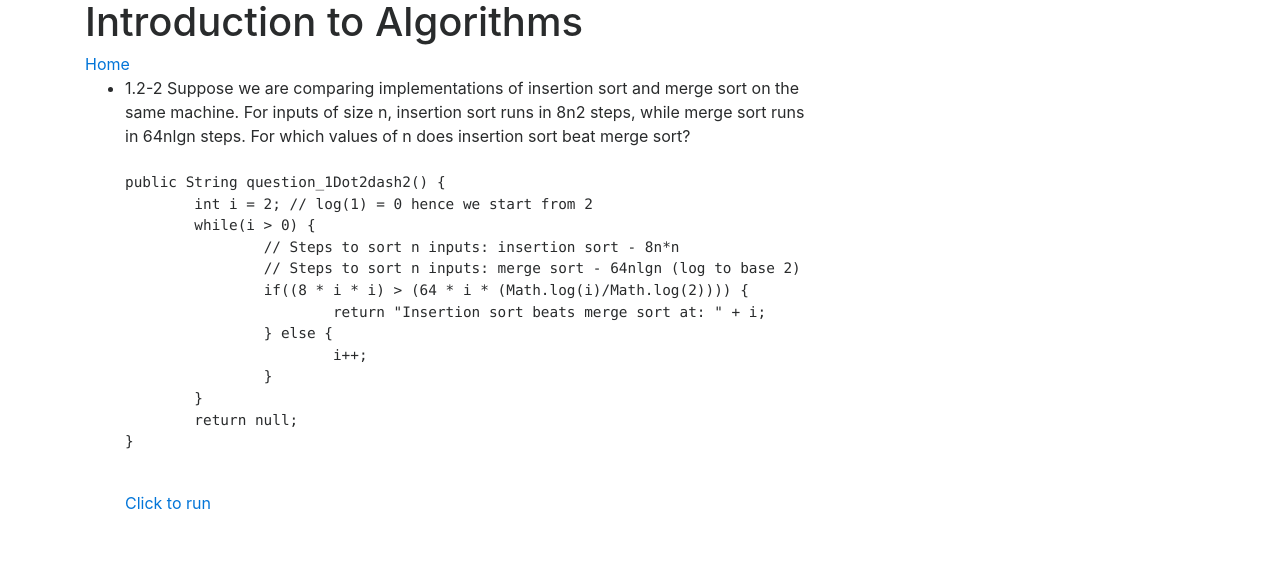
Repository: baltejas/algorithms
Page: http://localhost/algorithms/WEB-INF/views/index.jsp
The author's editor kept a copy of each file at every save. The page is drawn from the files as they stood at one save, then again after the next save.
The browser window is 1280 px wide. The pictures show the whole page.
The page is served by Tomcat 9. Nobody is signed in. The template is opened directly, without the code that normally fills it, so the values that code supplies are empty.

Above is the page before, as saved 2017-05-06 18:59:12.

After the next save:
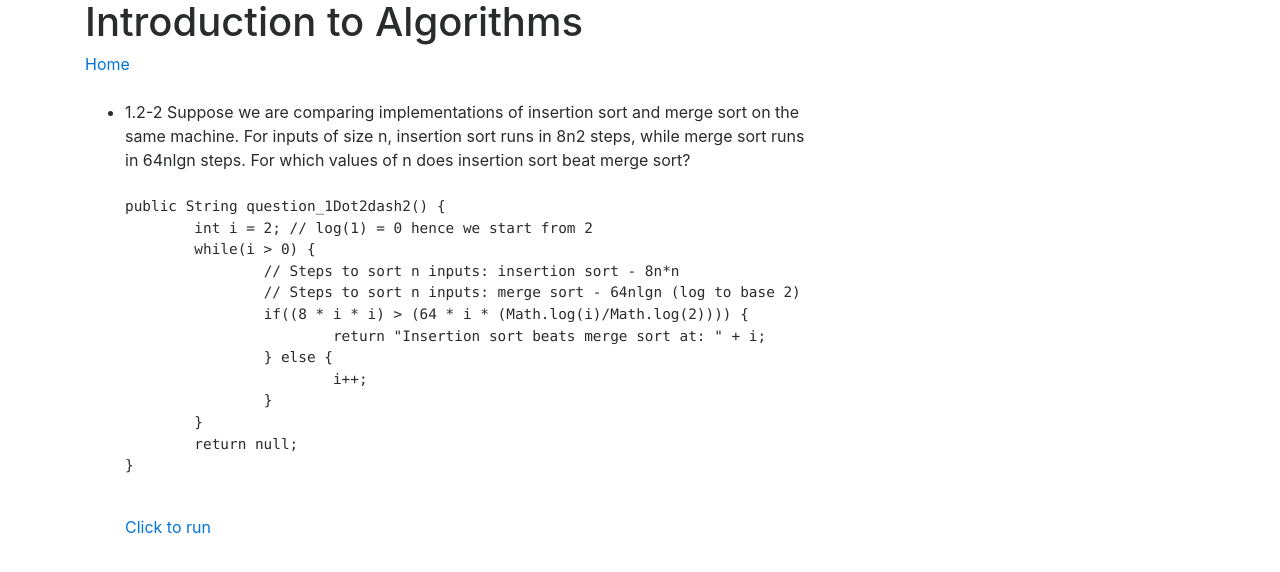
Saved 13 s later.
--- a/algorithms/src/main/webapp/WEB-INF/views/index.jsp
+++ b/algorithms/src/main/webapp/WEB-INF/views/index.jsp
@@ -5,7 +5,7 @@
 	<body>
 		<div class="container">
 		<h1>Introduction to Algorithms</h1>
-		<a href="/algorithms/list">Home</a>
+		<a href="/algorithms/list">Home</a><br><br>
 			<div class="row">
 				<div class="col-md-8">
 					<ul>
